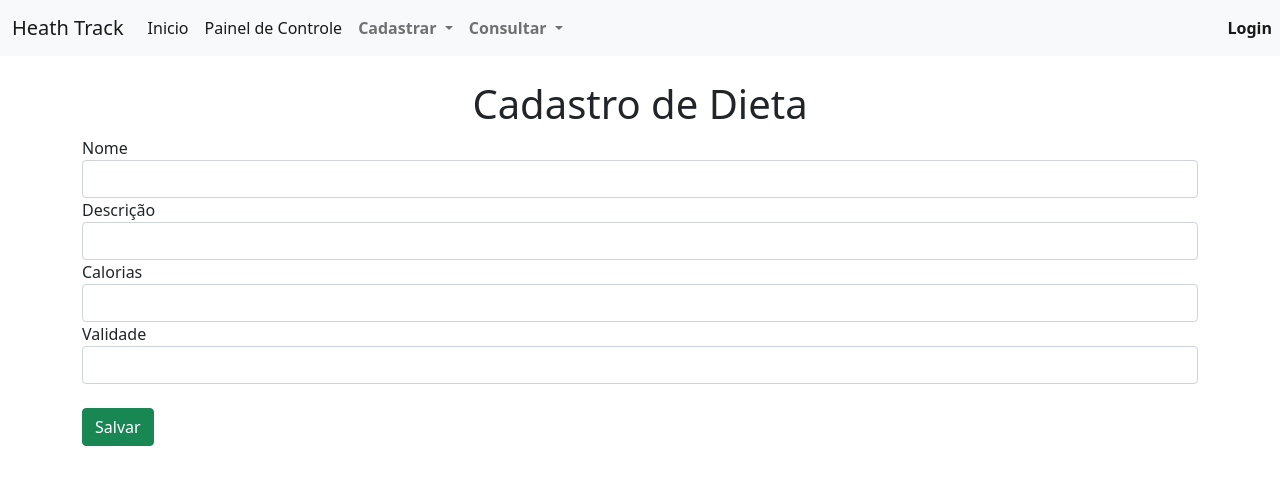
Repository: FellipySantos/HealthTrack_Finalizado
Page: http://localhost/JSPs/cadastro-dieta.jsp
The author's editor kept a copy of each file at every save. The page is drawn from the files as they stood at one save, then again after the next save.
The browser window is 1280 px wide. The pictures show the whole page.
The page is served by Tomcat 9. Other server files are loaded and not shown.

Above is the page before, as saved 2021-11-22 23:21:15.

### JSP/JSPs/WebContent/cadastro-dieta.jsp
<%@ page language="java" contentType="text/html; charset=ISO-8859-1"
    pageEncoding="ISO-8859-1"%>
<%@ taglib prefix="c" uri="http://java.sun.com/jsp/jstl/core" %>
<!DOCTYPE html PUBLIC "-//W3C//DTD HTML 4.01 Transitional//EN" "http://www.w3.org/TR/html4/loose.dtd">
<html>
<head>
<meta http-equiv="Content-Type" content="text/html; charset=ISO-8859-1">
<title>Cadastro de Dieta</title>
<%@ include file="header.jsp" %>
</head>
<body>
<%@ include file="menu.jsp" %>
<div class="container">
    <br>
	<h1><center>Cadastro de Dieta</center></h1>
	<c:if test="${not empty msg }">
		<div class="alert alert-success">${msg}</div>
	</c:if>
	<c:if test="${not empty erro }">
		<div class="alert alert-danger">${erro}</div>
	</c:if>
	<form action="dieta" method="post">
		<input type="hidden" value="cadastrar" name="acao">
		<div class="form-group">
			<label for="id-nome">Nome</label>
			<input type="text" name="nome" id="nome" class="form-control">
		</div>
		<div class="form-group">
			<label for="id-descricao">Descrição</label>
			<input type="text" name="descricao" id="id-descricao" class="form-control">
		</div>
		<div class="form-group">
			<label for="id-qtdCal">Calorias</label>
			<input type="text" name="qtdCal" id="id-qtdCal" class="form-control">
		</div>
		<div class="form-group">
			<label for="id-validade">Validade</label>
			<input type="text" name="validade" id="id-validade" class="form-control">
		</div>
		<br>
		<input type="submit" value="Salvar" class="btn btn-success">
	</form>
</div>


<%@ include file="footer.jsp" %>
</body>
</html>

### JSP/JSPs/WebContent/header.jsp
<%@ page language="java" contentType="text/html; charset=ISO-8859-1"
    pageEncoding="ISO-8859-1"%>
<!DOCTYPE html>
<html>
<head>
<meta charset="ISO-8859-1">

<link rel="stylesheet" type="text/css" href="resources/css/bootstrap.css">
<link rel="stylesheet" type="text/css" href="resources/css/bootstrap-grid.css">
<link rel="stylesheet" type="text/css" href="resources/css/bootstrap-reboot.css">

<script type="text/javascript" src="resources/js/jquery-3.6.0.min.js"></script>
<script type="text/javascript" src="resources/js/popper.min.js"></script>
<script type="text/javascript" src="resources/js/bootstrap.min.js"></script>
<script type="text/javascript" src="resources/js/bootstrap.min.js"></script>

<script src="https://stackpath.bootstrapcdn.com/bootstrap/4.3.1/js/bootstrap.min.js" integrity="sha384-JjSmVgyd0p3pXB1rRibZUAYoIIy6OrQ6VrjIEaFf/nJGzIxFDsf4x0xIM+B07jRM" crossorigin="anonymous"></script>


</head>






<body>



</body>



</html>

### JSP/JSPs/WebContent/menu.jsp

   <nav class="navbar navbar-expand-lg navbar-light bg-light">
        <div class="container-fluid">
          <a class="navbar-brand" href="index.jsp">Heath Track</a>
          <button class="navbar-toggler" type="button" data-bs-toggle="collapse" data-bs-target="#navbarSupportedContent" aria-controls="navbarSupportedContent" aria-expanded="false" aria-label="Toggle navigation">
            <span class="navbar-toggler-icon"></span>
          </button>
          <div class="collapse navbar-collapse" id="navbarSupportedContent">
            <ul class="navbar-nav me-auto mb-2 mb-lg-0">
              <li class="nav-item">
                <a class="nav-link active" aria-current="page" href="index.jsp">Inicio</a>
              </li>
              <li class="nav-item">
                <a class="nav-link active" aria-current="page" href="painel.jsp">Painel de Controle</a>
              </li>
              <li class="nav-item dropdown">
                <a class="nav-link dropdown-toggle" href="#" id="navbarDropdown" role="button" data-bs-toggle="dropdown" aria-expanded="false">
                  <b>Cadastrar</b>
                </a>
                <ul class="dropdown-menu" aria-labelledby="navbarDropdown">
                  <li><a class="dropdown-item" href="cadastro-dieta.jsp">Dieta</a></li>
                  <li><a class="dropdown-item" href="cadastro-pressao.jsp">Pressão</a></li>
                  <li><a class="dropdown-item" href="cadastro-treino.jsp">Treino</a></li>
                  <li><a class="dropdown-item" href="cadastro-imc.jsp">Imc</a></li>
                   <li><hr class="dropdown-divider"></li>
                  <li><a class="dropdown-item" href="cadastro-atleta.jsp">Atleta</a></li>
                  <li><a class="dropdown-item" href="cadastro-nutri.jsp">Nutricionista</a></li>
                  <li><a class="dropdown-item" href="cadastro-treinador.jsp">Treinador</a></li>
                </ul>
              </li>

                 <li class="nav-item dropdown">
                <a class="nav-link dropdown-toggle" href="#" id="navbarDropdown" role="button" data-bs-toggle="dropdown" aria-expanded="false">
                  <b>Consultar</b>
                </a>
                <ul class="dropdown-menu" aria-labelledby="navbarDropdown">
                  <li><a class="dropdown-item" href="dieta?acao=listar">Dieta</a></li>
                  <li><a class="dropdown-item" href="pressao?acao=listar">Pressão</a></li>
                  <li><a class="dropdown-item" href="treino?acao=listar">Treino</a></li>
                  <li><a class="dropdown-item" href="imc?acao=listar">Imc</a></li>
                  <li><hr class="dropdown-divider"></li>
                  <li><a class="dropdown-item" href="atleta?acao=listar">Atleta</a></li>
                  <li><a class="dropdown-item" href="nutri?acao=listar">Nutricionista</a></li>
                  <li><a class="dropdown-item" href="treinador?acao=listar">Treinador</a></li>
                </ul>
              </li>


            </ul>

          </div>

        </div>
        <div class="collapse navbar-collapse" id="navbarSupportedContent">
          <ul class="navbar-nav me-auto mb-2 mb-lg-0">
            <li class="nav-item">
              <b><a class="nav-link active" aria-current="page" href="login.jsp">Login</a></b>
            </li>
            </ul>
            </div>



      </nav>

### JSP/JSPs/WebContent/footer.jsp
<%@ page language="java" contentType="text/html; charset=ISO-8859-1"
    pageEncoding="ISO-8859-1"%>
<!DOCTYPE html>
<html>
<head>
<meta charset="ISO-8859-1">

<script type="text/javascript" src="resources/js/jquery-3.6.0.min.js"></script>
<script type="text/javascript" src="resources/js/bootstrap.min.js"></script>

</head>





<body>


</body>
</html>

Loaded but not shown: JSP/JSPs/WebContent/resources/css/bootstrap.css (library); JSP/JSPs/WebContent/resources/css/bootstrap-grid.css (library); JSP/JSPs/WebContent/resources/css/bootstrap-reboot.css (library); JSP/JSPs/WebContent/resources/js/jquery-3.6.0.min.js (library); JSP/JSPs/WebContent/resources/js/popper.min.js (library); JSP/JSPs/WebContent/resources/js/bootstrap.min.js (library)

After the next save:
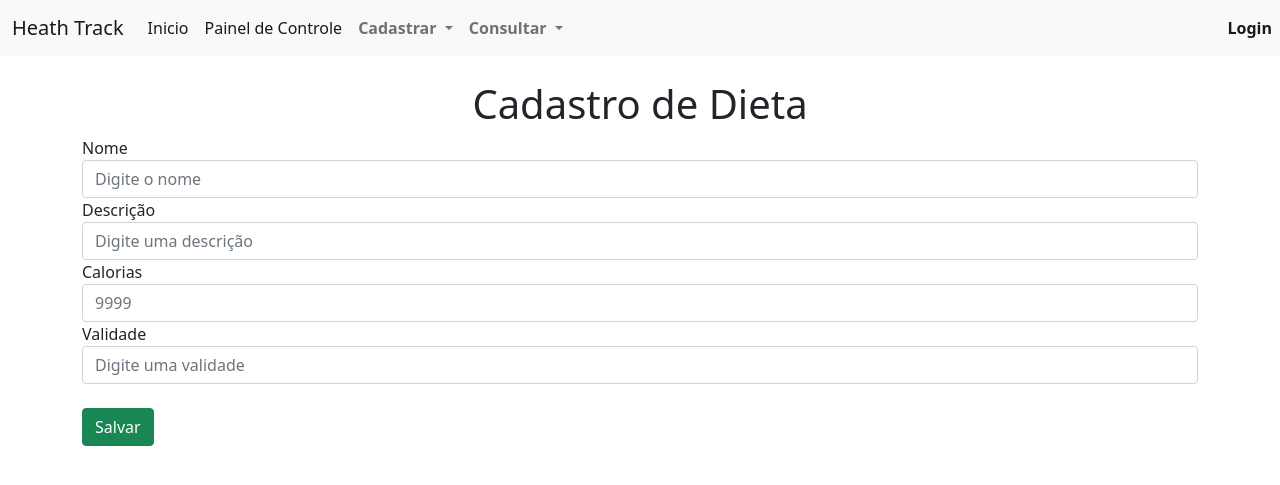
Saved 96 s later.
--- a/JSP/JSPs/WebContent/cadastro-dieta.jsp
+++ b/JSP/JSPs/WebContent/cadastro-dieta.jsp
@@ -23,19 +23,19 @@
 		<input type="hidden" value="cadastrar" name="acao">
 		<div class="form-group">
 			<label for="id-nome">Nome</label>
-			<input type="text" name="nome" id="nome" class="form-control">
+			<input type="text" name="nome" id="nome" class="form-control" placeholder="Digite o nome">
 		</div>
 		<div class="form-group">
 			<label for="id-descricao">Descrição</label>
-			<input type="text" name="descricao" id="id-descricao" class="form-control">
+			<input type="text" name="descricao" id="id-descricao" class="form-control"  placeholder="Digite uma descrição">
 		</div>
 		<div class="form-group">
 			<label for="id-qtdCal">Calorias</label>
-			<input type="text" name="qtdCal" id="id-qtdCal" class="form-control">
+			<input type="text" name="qtdCal" id="id-qtdCal" class="form-control"  placeholder="9999">
 		</div>
 		<div class="form-group">
 			<label for="id-validade">Validade</label>
-			<input type="text" name="validade" id="id-validade" class="form-control">
+			<input type="text" name="validade" id="id-validade" class="form-control"  placeholder="Digite uma validade">
 		</div>
 		<br>
 		<input type="submit" value="Salvar" class="btn btn-success">
